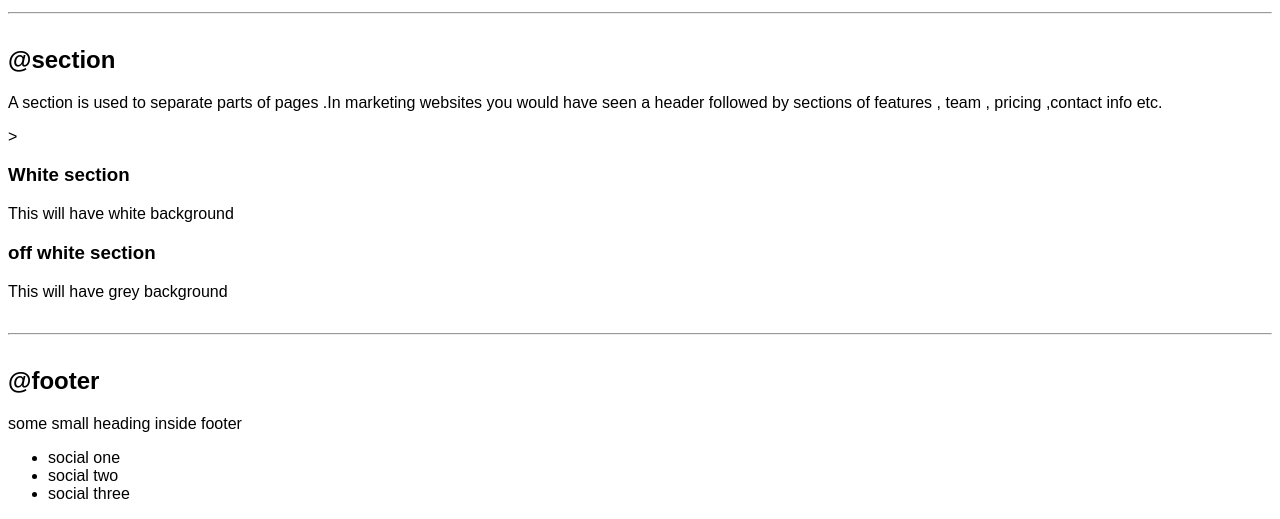
Repository: nihalani20/KomalNihalani-Portfolio
Page: index.html
An editor plug-in stored every save of this project. The page is shown before and after a run of saves, followed by the edit.
The browser window is 1280 px wide. The pictures show the part of the page from y = 2075 to 2594 px (the page is 2594 px tall before and 2550 px after).
A picture or video elsewhere on the page could not be fetched, so the positions and the page height are approximate.

Above is the page before, as saved 2023-10-29 14:02:11.

### index.html
<!DOCTYPE html>
<html lang="en">
<head>
    <meta charset="UTF-8">
    <meta name="viewport" content="width=device-width, initial-scale=1.0">
    <title>component library</title>
    <link href = "style.css" rel = "stylesheet"/>


</head>
<body>
    <h1 >komal's component Library</h1>
    <p>I am attending <strong>neog.camp </strong>and I want to make a library  which would make all my <strong>projects</strong> look good and consistent.</p>

    <hr>

    <h2>@typography</h2>

    <h1>This is the biggest heading</h1>
    <h2>This is the second biggest heading</h2>
    <p>Let me show you the normal text . This is free flowing and will wrap at the end like a paragraph.</p>
    <small>This is relatively smaller text.</small>


    <hr>

<h2>@container</h2>
<h3>@fluid container</h3>
<!-- below we used div class instead of para element -->
<div class = "container">This is a fluid container and it will go till the end of the page.</div>

<h3>@center container</h3>
<div class = "container container-center">This is a centered container and it will go till the specified width.</div>

<hr>

<h2>@links</h2>
<!-- connect link to css -->
<a  class = "link primary-link"href="/">Primary Link</a>
<a  class = "link secondary-link"href ="/">Secondary link</a>


<hr>
<h2>@lists</h2>
<h3>unordered list</h3>
<p>We don't want to show bullets in the unordered list. We'll remove that with CSS.</p>
<ul class="list-non-bullet">
<li> Item one</li>
<li> Item two</li>
<li>Item three</li>
</ul>





<h3>ordered list</h3>

<ol>
    <li>milk</li>
    <li>curd</li>
    <li>Banana</li>

</ol>


<h3> reversed ordered list</h3>
<p>Counting of will go reverse for this list</p>
<ol reversed>
    <li>Banana</li>
    <li>curd</li>
    <li>milk</li>
</ol>

<h3> unordered inline list</h3>
<p>Instead of going in a new row, we will create a list which will take columns.</p>
<ul class="list-non-bullet">

<li class="list-item-inline">Inline Item one</li>
<li class="list-item-inline">Inline Item two</li>
<li class="list-item-inline">Inline Item three</li>

</ul>

<hr>

<h2>@navigation bar</h2>
<nav class="navigation-container">

    <div class = "nav-brand">I am a developer</div>

    <ul class="list-non-bullet">
        <!-- also we have to active the link -->

<li class="list-item-inline"> home</li>
<a class="link-active"></a>

<li class="list-item-inline"> projects</li>
<a class = "link"></a>

<li class="list-item-inline">blogs</li>
<a class = "link"></a>


    </ul>
</nav>

<hr>
<!-- Header is also called Hero  -->
<header class = "hero">
    <img class="hero-img" src = "images/undraw_proud_coder_re_exuy.svg">
    <h1 class = "hero-heading"> Heading inside hero </h1>

</header>

<hr>
<h2>@section</h2>
<p>A section is used to separate parts of pages .In marketing websites you would have seen a header followed by sections of features , team , pricing ,contact info etc.</p>






<section class="section">

>
    <h3>White section</h3>
    <p>This will have white background</p>
</section>

<section>
    <h3> off white section</h3>
    <p>This will have  grey background</p>

</section>


<hr>


<h2>@footer</h2>
<footer>
<div>some small heading inside footer</div>
    <ul>
        <li>social one</li>
        <li>social two</li>
        <li>social three</li>
    </ul>
</footer>











<!-- </body><div style ="height : 30vh";></div> -->
<!-- From above line of code you see that there is padding from the bottom . -->


</body>
</html>

### style.css
:root
{
    /* --primary-color: #4f46e5; */
    --primary-color:#756ff3;
    --gray: #F3F4F6;
    --dark-gray: #6B7280;

}



/* typography */
body
{
    font-family: 'Montserrat', sans-serif;

}
/* containers */

.container
/* this works on both container and if you put text align center it will work on both container */
{
   padding-left: 1rem;
   padding-right: 1rem;
}
.container-center{
    /* max-width: 600px; */
    /* margin: auto; */
    /* below we can also do this */
    text-align: center;
}

/* links */
.link
{
    text-decoration: none;
    padding: 0.5rem 1rem;
}


.primary-link
{
    /* color:white; */
    background-color:var(--primary-color);
    border-radius: 0.5rem;
    border: 1px solid ;
    color:white;
    padding: 0.5rem 1rem 0.5rem 1rem;

}
.secondary-link
{


    border-radius: 0.5rem;
    border: 1px solid ;
    color:var(--primary-color);

}
hr{
    margin: 2rem 0rem;
}

/* lists */
.list-non-bullet
{
    list-style: none;
}
.list-item-inline
{
    display: inline;
     padding:0rem 0.5rem;

}

/* navigation */
.navigation-container
{
    background-color:var(--primary-color);
    color:white;
    padding: 1rem;
    border-bottom-left-radius:1rem;

}

.nav-brand
{
     font-weight: bold;

}
.link-active
{
    font-weight: bold;
}




/* header */

.hero{
    padding:2rem;
}
.hero-img
{
    max-width: 350px;
    display:block;
    margin: auto;
}
.hero-heading
{
    color:var(--dark-gray);
    text-align: center;
}

After the next 4 saves:
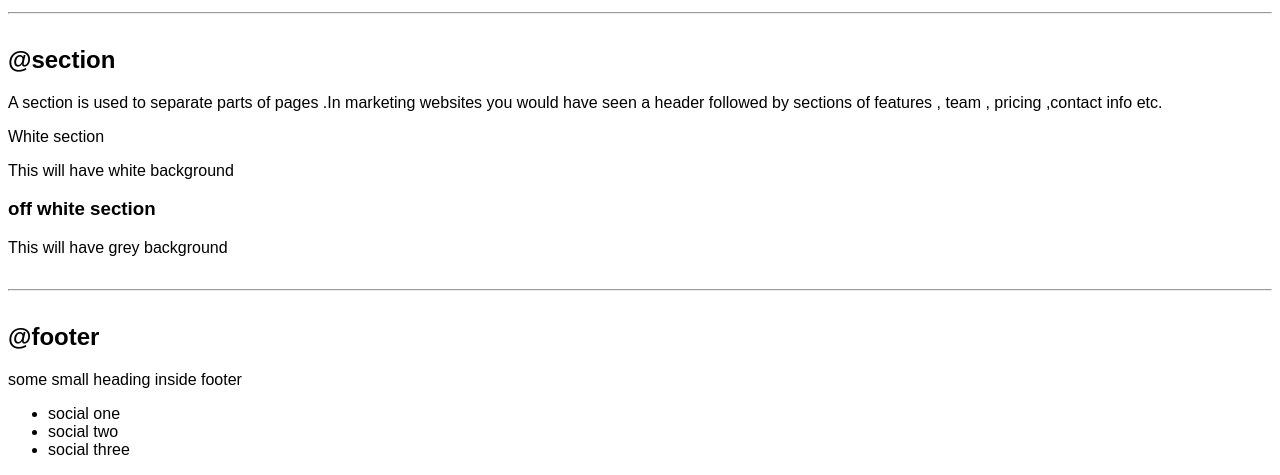
The 4 saves are shown as one change because they came seconds apart.
The last was saved 11 s later.
--- a/index.html
+++ b/index.html
@@ -123,8 +123,7 @@
 
 
 <section class="section">
-
->
+<div class=""
     <h3>White section</h3>
     <p>This will have white background</p>
 </section>
